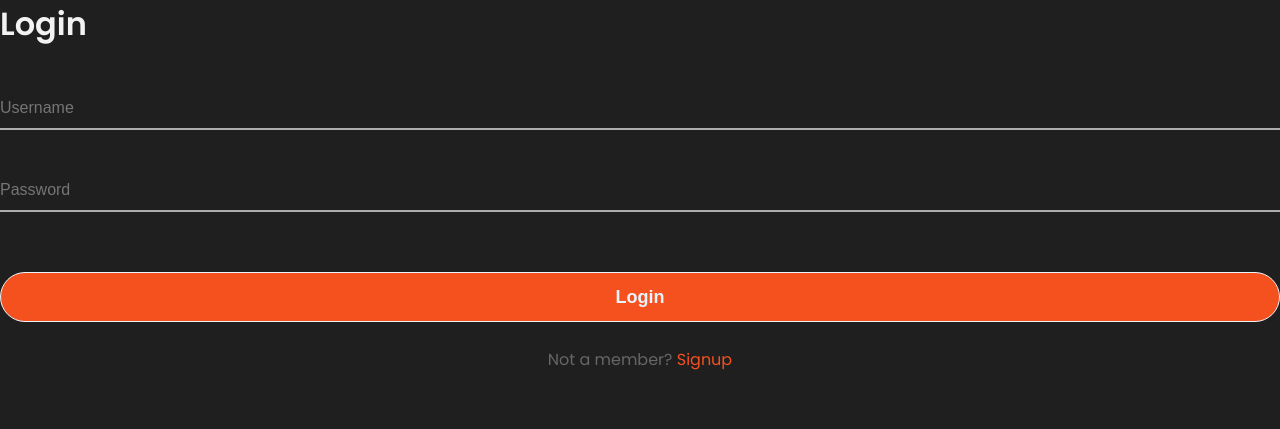
Repository: long5122000/Shopc
Page: login.html
The author's editor kept a copy of each file at every save. The page is drawn from the files as they stood at one save, then again after the next save.
The browser window is 1280 px wide. The pictures show the whole page.
The style sheet was rebuilt from its Sass, Less or Tailwind sources for each picture, by a compiler version that may differ from the author's.

Above is the page before, as saved 2021-11-30 21:21:13.

### login.html
<!DOCTYPE html>
<html lang="en">
  <head>
    <meta charset="UTF-8" />
    <meta http-equiv="X-UA-Compatible" content="IE=edge" />
    <meta name="viewport" content="width=device-width, initial-scale=1.0" />
    <title>Document</title>
    <link rel="stylesheet" href="./css/app.css" />
  </head>
  <body>
    <div class="container-rs">
      <h1 class="register__title">Login</h1>
      <form>
        <div class="form-control">
          <input
            class="register__form"
            type="text"
            id="username"
            placeholder="Username"
          />
          <span></span>
          <small></small>
        </div>

        <div class="form-control">
          <input type="password" id="password" placeholder="Password" />
          <span></span>
          <small></small>
        </div>

        <input type="submit" value="Login" />
        <div class="signup_link">
          Not a member? <a href="./register.html">Signup</a>
        </div>
      </form>
    </div>
  </body>
</html>

### sass/app.scss
@import "variables";
@import "reset";
@import "mixin";
@import "base";
@import "header";
@import "cart";
@import "search";
@import "info";
@import "home";
@import "category";
@import "about";
@import "hot";
@import "discount";
@import "new";
@import "newsletter";
@import "footer";
@import "modal";
@import "scroll";
@import "register";
@import "breakpoints";

### sass/_variables.scss
@import url("https://fonts.googleapis.com/css2?family=Poppins:wght@400;500;600;900&display=swap");
:root {
  --header-height: 3.5rem;
  /* Colors */
  --hue: 14;
  --first-color: hsl(var(--hue), 91%, 54%);
  --menu-color: hsl(31, 76%, 74%);
  --button-color: hsl(0, 0%, 24%);
  --button-color-alt: hsl(0, 0%, 28%);
  --title-color: hsl(0, 0%, 95%);
  --text-color: hsl(0, 0%, 75%);
  --body-color: hsl(0, 0%, 12%);
  --container-color: hsl(0, 0%, 16%);
  --border-color: hsl(0, 0%, 20%);
  --border-color: hsl(0, 0%, 94%);
  --dark1: #3e363f;
  --dark2: #212527;
  --light1: #fffce8;
  --light2: #edf7f6;
  --red: #df4747;
  --green: #47df5b;
  --transition250: all 250ms ease-in-out;
  --transition500: all 500ms ease-in-out;
  /* Font and typography */
  --body-font: "Poppins", sans-serif;
  --biggest-font-size: 2rem;
  --h1-font-size: 1.5rem;
  --h2-font-size: 1.25rem;
  --h3-font-size: 1rem;
  --normal-font-size: 0.938rem;
  --small-font-size: 0.813rem;
  /* font weight */
  --font-medium: 500;
  --font-semi-bold: 600;
  --font-black: 900;
  /* margenes bottom */
  --mb-0-25: 0.25rem;
  --mb-0-5: 0.5rem;
  --mb-0-75: 0.75rem;
  --mb-1: 1rem;
  --mb-1-5: 1.5rem;
  --mb-2: 2rem;
  --mb-2-5: 2.5rem;
  /* z-index */
  --z-tooltip: 10;
  --z-fixed: 100;

  @media screen and (min-width: 992px) {
    --biggest-font-size: 4rem;
    --h1-font-size: 2.25rem;
    --h2-font-size: 1.5rem;
    --h3-font-size: 1.25rem;
    --normal-font-size: 1rem;
    --small-font-size: 0.875rem;
    --smaller-font-size: 0.813rem;
  }
}

/*=============== GOOGLE FONTS ===============*/

### sass/_reset.scss
html {
  box-sizing: border-box;
}
* {
  margin: 0;
  padding: 0;
}
*,
*:before,
*:after {
  box-sizing: border-box;
}
input,
textarea,
select,
button {
  outline: none;
  border: none;
}
input {
  line-height: normal;
}
label,
button {
  cursor: pointer;
}
a {
  text-decoration: none;
}
img {
  display: block;
  max-width: 100%;
}

### sass/_mixin.scss
@mixin flex(
  $align: flex-start,
  $justify: flex-start,
  $wrap: nowrap,
  $dir: row
) {
  display: flex;
  justify-content: $justify;
  align-items: $align;
  flex-wrap: $wrap;
  flex-direction: $dir;
}
@mixin maxw($breakpoint) {
  @media screen and (max-width: $breakpoint) {
    @content;
  }
}
@mixin minw($breakpoint) {
  @media screen and (min-width: $breakpoint) {
    @content;
  }
}
@mixin center {
  display: flex;
  justify-content: center;
  align-items: center;
}

### sass/_base.scss
* {
  box-sizing: border-box;
  padding: 0;
  margin: 0;
}
html {
  scroll-behavior: smooth;
}
body {
  margin: var(--header-height) 0 0 0;
  font-family: var(--body-font);
  font-size: var(--normal-font-size);
  background: var(--body-color);
  color: var(--text-color);
}
h1,
h2,
h3,
h4 {
  color: var(--title-color);
  font-weight: var(--font-semi-bold);
}
ul {
  list-style: none;
}
.section {
  padding: 4.5rem 0 2rem;
}
.section__title {
  font-size: var(--h2-font-size);
  margin-bottom: var(--mb2);
  text-align: center;
}
.container {
  max-width: 1240px;
  margin-left: var(--mb-1-5);
  margin-right: var(--mb-1-5);
}
.grid {
  display: grid;
}
.main {
  overflow: hidden;
}
::-webkit-scrollbar {
  width: 0.6rem;
  background: #413e3e;
}
::-webkit-scrollbar-thumb {
  background: #272525;
  border-radius: 0.5rem;
}
.button {
  display: inline-block;
  background-color: var(--first-color);
  color: var(--title-color);
  padding: 1rem 1.75rem;
  border-radius: 0.5rem;
  font-weight: var(--font-medium);
  transition: 0.3s;
  &:hover {
    background-color: var(--first-color-alt);
  }
  &--ghost {
    border: 2px solid;
    background-color: transparent;
    border-radius: 3rem;
    padding: 0.75rem 1.5rem;
    &:hover {
      background: none;
    }
  }
  &__icon {
    font-size: 1.25rem;
  }
  &--link {
    color: var(--title-color);
  }
  &--flex {
    display: inline-flex;
    align-items: center;
    column-gap: 0.5rem;
  }
}

### sass/_header.scss
.header {
  width: 100%;
  background: var(--body-color);
  position: fixed;
  top: 0;
  left: 0;
  z-index: var(--z-fixed);
}
.nav {
  height: var(--header-height);
  @include flex(center, space-between);
  &__logo {
    @include flex(center);
    column-gap: 0.5rem;
    font-weight: var(--font-medium);
    &-img {
      width: 1.25rem;
    }
  }
  &__link,
  &__logo,
  &__toggle,
  &__close {
    color: var(--title-color);
  }
  &__toggle {
    font-size: 1.25rem;
    cursor: pointer;
  }
  @include maxw(767px) {
    &__menu {
      position: fixed;
      width: 100%;
      background: var(--container-color);
      top: -150%;
      left: 0;
      padding: 3.5rem 0;
      transition: 0.4s;
      z-index: var(--z-fixed);
      border-radius: 0 0 1.5rem 1.5rem;
    }
  }
  &__img {
    width: 100px;
    position: absolute;
    top: 0;
    left: 0;
  }
  &__close {
    font-size: 1.8rem;
    position: absolute;
    top: 0.5rem;
    right: 0.7rem;
    cursor: pointer;
  }
  &__list {
    @include flex(center, flex-start, nowrap, column);
    row-gap: 1.5rem;
  }
  &__link {
    text-transform: uppercase;
    font-weight: var(--font-black);
    transition: 0.4;
    &:hover {
      color: var(--text-color);
    }
  }
  &__btns {
    display: flex;
    font-size: var(--h2-font-size);
    gap: 0 20px;
  }
  &__shop {
    font-size: 1.25rem;
    cursor: pointer;
  }
}

.show-menu {
  top: 0;
}

.active {
  &-link {
    position: relative;
    &::before {
      content: "";
      position: absolute;
      bottom: -0.75rem;
      left: 45%;
      width: 5px;
      height: 5px;
      background-color: var(--title-color);
      border-radius: 50%;
    }
  }
}

### sass/_cart.scss
/*=============== CART ===============*/
.cart {
  position: fixed;
  background-color: rgb(59, 59, 59);
  z-index: var(--z-fixed);
  width: 100%;
  height: 100%;
  top: 0;
  right: -100%;
  padding: 3.5rem 2rem;
  transition: 0.4s;
  overflow-y: scroll;

  &__title-center {
    font-size: var(--h2-font-size);
    text-align: center;
    margin-bottom: var(--mb-3);
  }

  &__close {
    font-size: 2rem;
    color: var(--title-color);
    position: absolute;
    top: 1.25rem;
    right: 0.9rem;
    cursor: pointer;
  }

  &__container {
    display: grid;
    row-gap: 1.5rem;
  }

  &__card {
    display: flex;
    align-items: center;
    column-gap: 1rem;
  }
  &__box {
    background-color: var(--container-color);
    padding: 0.75rem 1.25rem;
    border: 1px solid #5c5c5c;
  }
  &__img {
    width: 50px;
  }
  &__title {
    font-size: var(--normal-font-size);
    margin-bottom: 0.5rem;
  }
  &__price {
    display: block;
    font-size: var(--small-font-size);
    color: var(--menu-color);
    margin-bottom: var(--mb-1-5);
  }
  &__amount,
  &__amount-content {
    display: flex;
    align-items: center;
  }
  &__amount {
    column-gap: 3rem;

    &-content {
      column-gap: 1rem;
    }
    &-box {
      display: inline-flex;
      padding: 0.25rem;
      background-color: var(--container-color);
      border: 1px solid var(--border-color);
      cursor: pointer;
    }
    &-trash {
      font-size: 1.15rem;
      color: var(--menu-color);
      cursor: pointer;
    }
  }
  &__prices {
    margin-top: 6rem;
    display: flex;
    justify-content: space-between;

    &-item,
    &-total {
      color: var(--title-color);
    }
    &-item {
      font-size: var(--small-font-size);
    }
    &-total {
      font-size: var(--h3-font-size);
      font-weight: var(--font-medium);
    }
  }
  &::-webkit-scrollbar {
    display: none;
  }
}

/* Show cart */
.show-cart {
  right: 0;
}

### sass/_search.scss
.search-box {
  width: 1px;
  height: 30px;
  background-color: rgb(88, 88, 88);
  position: relative;

  transition: all 0.5s ease;
  border-radius: 15px;
}

.search-box.open {
  width: 220px;
}

.search-input {
  width: 100%;
  height: 100%;
  border: none;
  box-shadow: none;
  background: transparent;
  color: #fff;
  padding: 20px 20px;
  font-size: 20px;
}

.search-btn {
  color: rgba(191, 191, 191);
  outline: none;
  border: none;

  position: absolute;
  right: -0;
  top: 0;
  cursor: pointer;
  font-size: 25px;
  background-color: transparent;
}

### sass/_info.scss
.info {
  position: fixed;
  background-color: rgb(59, 59, 59);
  z-index: var(--z-fixed);
  width: 100%;
  height: 100%;
  top: 0;
  right: -100%;
  padding: 5.5rem 1rem;
  transition: 0.4s;
  overflow-y: scroll;
  &__close {
    font-size: 2rem;
    color: var(--title-color);
    position: absolute;
    top: 1.25rem;
    right: 0.9rem;
    cursor: pointer;
  }
}
.show-info {
  right: 0;
}

### sass/_home.scss
.home {
  &__content {
    row-gap: 1rem;
  }
  &__group {
    display: grid;
    position: relative;
    padding-top: 2rem;
  }
  &__image {
    height: 250px;
    justify-self: center;
  }
  &__indicator {
    width: 8px;
    height: 8px;
    background-color: var(--title-color);
    border-radius: 50%;
    position: absolute;
    top: 7rem;
    right: 2rem;
    &::after {
      content: "";
      position: absolute;
      width: 1px;
      height: 48px;
      background-color: var(--title-color);
      top: -3rem;
      right: 45%;
    }
  }
  &__details {
    &-img {
      position: absolute;
      right: 0.5rem;
    }
    &-title,
    &-subtitle {
      display: block;
      font-size: var(--small-font-size);
      text-align: right;
    }
  }
  &__subtitle {
    font-size: var(--h3-font-size);
    text-transform: uppercase;
    margin-bottom: var(--mb-1);
  }
  &__title {
    font-size: var(--biggest-font-size);
    font-weight: var(--font-black);
    line-height: 109%;
    margin-bottom: var(--mb-1);
  }
  &__description {
    margin-bottom: var(--mb-1);
  }
  &__buttons {
    @include flex(center, space-between);
  }
}

.swiper {
  &-pagination {
    position: initial;
    margin-top: var(--mb-1);
    &-bullet {
      width: 5px;
      height: 5px;
      background-color: var(--title-color);
      opacity: 1;
    }
  }
}
.swiper-pagination-horizontal.swiper-pagination-bullets .swiper-pagination-bullet {
  margin: 0 0.5rem;
}
.swiper-pagination-bullet-active {
  width: 1.5rem;
  height: 5px;
  border-radius: 0.5rem;
}

### sass/_category.scss
.category {
  &__container {
    grid-template-columns: repeat(2, 1fr);
    gap: 1rem 2rem;
  }
  &__data {
    text-align: center;
  }
  &__image {
    width: 120px;
    margin: 0 auto;
    transition: 0.3s;
  }
  &__title {
    margin-bottom: var(--mb-0-25);
  }
  &__data:hover {
    .category {
      &__image {
        transform: translateY(-0.5rem);
      }
    }
  }
}
.scroll {
  &-header {
    background: var(--container-color);
  }
}

### sass/_about.scss
.about {
  &__container {
    row-gap: 2rem;
  }
  &__data {
    text-align: center;
  }
  &__description {
    margin-bottom: var(--mb-2);
  }
  &__image {
    width: 200px;
    justify-self: center;
  }
}

### sass/_hot.scss
.hot {
  &__container {
    grid-template-columns: repeat(2, 1fr);
    gap: 1.5rem;
    padding: 1rem;
  }
  &__content {
    position: relative;
    background: var(--container-color);
    border-radius: 1rem;
    padding: 1.5rem 0 1rem 0;
    text-align: center;
    overflow: hidden;

    &:hover .hot__image {
      transform: translateY(-0.5rem);
    }
    &:hover .hot__button {
      right: 0;
    }
  }
  &__image {
    width: 90px;
    transition: 0.3s;
    margin: 0 auto;
  }
  &__subtitle,
  &__price {
    display: block;
  }
  &__subtitle {
    font-size: var(--smaller-font-size);
    margin-bottom: var(--mb-0-5);
  }
  &__title,
  &__price {
    color: var(--title-color);
    font-weight: var(--font-medium);
    font-size: var(--normal-font-size);
  }
  &__button {
    display: flex;
    flex-direction: column;
    gap: 5px 0;
    padding: 0.5rem;
    border-radius: 0.25rem 0.25rem 0.75rem 0.25rem;
    position: absolute;
    right: -3rem;
    bottom: 0;
  }
  &__icon {
    font-size: 1.25rem;
    color: var(--title-color);
    &--bt {
      border-bottom: 1px solid gray;
      padding-bottom: 4px;
    }
    &:hover {
      color: var(--first-color);
    }
  }
}

### sass/_discount.scss
.discount {
  &__container {
    background: var(--container-color);
    border-radius: 1rem;
    padding: 2.5rem 0 1.5rem;
    row-gap: 0.75rem;
  }
  &__data {
    text-align: center;
  }
  &__title {
    font-size: var(--h2-font-size);
    margin-bottom: var(--mb-2);
  }
  &__image {
    width: 200px;
    justify-self: center;
  }
}

### sass/_new.scss
.new {
  &__container {
    padding-top: 1rem;
  }
  &__image {
    width: 120px;
    height: 120px;
    transition: 0.3s;
    margin: 0 auto;
    margin-bottom: var(--mb-0-5);
  }
  &__content {
    position: relative;
    background: var(--container-color);
    width: 242px;
    padding: 2rem 0 1.5rem 0;
    border-radius: 0.75rem;
    text-align: center;
    overflow: hidden;

    &:hover .new__image {
      transform: translateY(-0.5rem);
    }
    &:hover .new__button {
      right: 0;
    }
  }
  &__tag {
    position: absolute;
    top: 8%;
    left: 8%;
    background-color: var(--first-color);
    color: var(--title-color);
    font-size: var(--small-font-size);
    padding: 0.25rem 0.5rem;
    border-radius: 0.25rem;
  }
  &__title {
    font-size: var(--normal-font-size);
    font-weight: var(--font-medium);
  }
  &__subtitle {
    display: block;
    font-size: (--small-font-size);
    margin-bottom: var(--mb-0-5);
  }
  &__prices {
    display: inline-flex;
    align-items: center;
    column-gap: 0.5rem;
  }
  &__price {
    font-weight: var(--font-medium);
    color: var(--title-color);
  }
  &__discount {
    color: var(--first-color);
    font-size: var(--small-font-size);
    text-decoration: line-through;
    font-weight: var(--font-medium);
  }
  &__button {
    display: flex;
    flex-direction: column;
    gap: 5px 0;
    padding: 0.5rem;
    border-radius: 0.25rem 0.25rem 0.75rem 0.25rem;
    position: absolute;
    bottom: 0;
    right: -3rem;
  }

  &__icon {
    font-size: 1.25rem;
    color: var(--title-color);
    &--bt {
      border-bottom: 1px solid gray;
      padding-bottom: 4px;
    }
    &:hover {
      color: var(--first-color);
    }
  }
}

### sass/_newsletter.scss
.newsletter {
  &__description {
    text-align: center;
    margin-bottom: var(--mb-1-5);
  }
  &__form {
    background: var(--container-color);
    padding: 1rem;
    @include flex(center, space-between);
    // display: flex;
    // justify-content: space-between;
    border-radius: 0.75rem;
  }
  &__input {
    width: 70%;
    padding: 0 0.5rem;
    background: none;
    color: var(--title-color);
    &::placeholder {
      color: var(--text-color);
    }
  }
}

### sass/_footer.scss
.footer {
  position: relative;
  overflow: hidden;
  &__image {
    &-one,
    &-two {
      position: absolute;
      transition: 0.3s;
      &:hover {
        transform: translateY(-0.5rem);
      }
    }
    &-one {
      width: 100px;
      top: 6rem;
      right: -2rem;
    }
    &-two {
      width: 150px;
      bottom: 4rem;
      right: 4rem;
    }
  }
  &__container {
    row-gap: 2rem;
  }
  &__logo {
    @include flex(center);
    column-gap: 0.5rem;
    margin-bottom: var(--mb-1);
    font-weight: var(--font-medium);
    color: var(--title-color);
    &-image {
      width: 20px;
    }
  }
  &__description {
    margin-bottom: var(--mb-2-5);
  }
  &__social {
    display: flex;
    column-gap: 0.75rem;
    &-link {
      display: inline-flex;
      background: var(--container-color);
      padding: 0.25rem;
      border-radius: 0.25rem;
      color: var(--title-color);
      font-size: 1rem;
      &:hover {
        background: var(--body-color);
      }
    }
  }
  &__title {
    font-size: var(--h3-font-size);
    margin-bottom: var(--mb-1);
  }
  &__links {
    display: grid;
    row-gap: 0.35rem;
  }
  &__link {
    font-size: var(--small-font-size);
    color: var(--text-color);
    transition: 0.3s;
    &:hover {
      color: var(--title-color);
    }
  }
  &__copy {
    display: block;
    text-align: center;
    font-size: var(--smaller-font-size);
    margin-top: 4.5rem;
  }
}

### sass/_modal.scss
.modal {
  position: fixed;
  top: 0;
  height: 100%;
  width: 100%;
  background: var(--container-color);
  transition: var(--transition250);
  opacity: 0;
  visibility: hidden;
  z-index: 100;
  border-radius: 8px;
  &__main {
    display: grid;
    grid-template-columns: 1fr;
    padding: 0 10px;
  }
  &__image {
    height: 100%;
    width: 100%;
    margin-top: var(--mb-2-5);
  }
  &__title {
    font-size: var(--h1-font-size);
    text-align: center;
    margin-top: var(--mb-2);
    margin-bottom: var(--mb-1-5);
  }
  &__desc {
    margin-bottom: var(--mb-1-5);
  }
  &__price {
    font-size: var(--h2-font-size);
    color: var(--first-color);
    margin-bottom: var(--mb-1-5);
  }
  &__button {
    text-align: center;
  }
  &__close {
    position: absolute;
    right: 5px;
    top: 5px;
    font-size: 2.5rem;
  }
}
.show-modal {
  opacity: 1;
  visibility: unset;
}

### sass/_scroll.scss
.scrollup {
  position: fixed;
  background: var(--first-color);
  right: 1rem;
  bottom: -20%;
  display: inline-flex;
  padding: 0.3rem;
  border-radius: 0.25rem;
  z-index: var(--z-tooltip);
  opacity: 0.8;
  transition: 0.4s;
  &:hover {
    background: var(--container-color);
    opacity: 1;
  }
  &__icon {
    font-size: 1.2rem;
    color: var(--title-color);
  }
}
.show-scroll {
  bottom: 3rem;
}

### sass/_register.scss
.container-ds {
  position: absolute;
  top: 50%;
  left: 50%;
  transform: translate(-50%, -50%);
  width: 400px;
  background: white;
  border-radius: 10px;
  box-shadow: 0px 0px 15px rgba(0, 0, 0, 0.05);
}

.container h1 {
  text-align: center;
  padding-top: 20px;
  color: var(--first-color);
}

.container form {
  padding: 0 40px;
}

form .form-control {
  position: relative;
  border-bottom: 2px solid #adadad;
  margin: 40px 0;
}

.form-control.success {
  border-bottom-color: var(--first-color);
}

.form-control.error {
  border-bottom-color: #e74c3c;
}

.form-control input {
  width: 100%;
  height: 40px;
  font-size: 16px;
  border: none;
  background: none;
  outline: none;
}

small {
  position: absolute;
  left: 0;
  top: 100%;
  margin-top: 3px;
  color: #e74c3c;
}

.form-control span::before {
  content: "";
  position: absolute;
  top: 40px;
  left: 0;
  width: 0%;
  height: 2px;
  background: var(--first-color);
  transition: 0.3s;
}

.form-control input:focus ~ span::before {
  width: 100%;
}

input[type="submit"] {
  margin-top: 20px;
  width: 100%;
  height: 50px;
  border: 1px solid;
  background: var(--first-color);
  border-radius: 25px;
  font-size: 18px;
  color: #e9f4fb;
  font-weight: 700;
  cursor: pointer;
  outline: none;
  transition: 0.5s;
}

input[type="submit"]:hover {
  background-color: #fc7b6d;
}

.signup_link {
  margin: 25px 0;
  text-align: center;
  font-size: 16px;
  color: #666666;
}

.signup_link a {
  color: var(--first-color);
  text-decoration: none;
}

.signup_link a:hover {
  text-decoration: underline;
}

### sass/_breakpoints.scss
@include maxw(320px) {
  .container {
    margin-left: var(--mb-1);
    margin-right: var(--mb-1);
  }
  .home {
    &__image {
      height: 200px;
    }
    &__buttons {
      flex-direction: column;
      width: max-content;
      row-gap: 1rem;
    }
  }
  .category,
  .hot {
    &__container {
      grid-template-columns: 0.8fr;
      justify-content: center;
    }
  }
  .modal {
    &__title {
      margin-top: unset;
      margin-bottom: unset;
    }
    &__price {
      margin-bottom: var(--mb-1);
    }
  }
}

@include minw(576px) {
  .about {
    &__container {
      grid-template-columns: 0.8fr;
      justify-content: center;
    }
  }
  .newsletter {
    &__container {
      display: grid;
      grid-template-columns: 0.7fr;
      justify-content: center;
    }
    &__description {
      padding: 0 3rem;
    }
  }
}

@include minw(767px) {
  body {
    margin: 0;
  }
  .section {
    padding: 7rem 0 2rem;
  }
  .nav {
    height: calc(var(--header-height) + 1.5rem);
    &__img,
    &__close,
    &__toggle {
      display: none;
    }
    &__list {
      flex-direction: row;
      column-gap: 3rem;
    }
    &__link {
      text-transform: initial;
      font-weight: initial;
    }
  }
  .info,
  .cart {
    width: 420px;
    box-shadow: -2px 0 4px hsla(0, 0%, 15%, 0.1);
  }

  .home {
    &__content {
      padding: 8rem 0 2rem;
      grid-template-columns: repeat(2, 1fr);
      gap: 4rem;
    }
    &__image {
      height: 300px;
    }
  }
  .swiper {
    &-pagination {
      margin-top: var(--mb-2);
    }
  }
  .category {
    &__container {
      grid-template-columns: repeat(3, 200px);
      justify-content: center;
    }
    &__image {
      height: 200px;
    }
  }

  .about {
    &__container {
      grid-template-columns: repeat(2, 1fr);
      align-items: center;
    }
    &__title,
    &__data {
      text-align: initial;
    }
    &__image {
      width: 350px;
    }
  }
  .hot {
    &__container {
      grid-template-columns: repeat(3, 1fr);
      justify-content: center;
      gap: 2rem;
    }
  }
  .discount {
    &__container {
      grid-template-columns: repeat(2, max-content);
      justify-content: center;
      align-items: center;
      column-gap: 3rem;
      padding: 3rem 0;
      border-radius: 3rem;
    }
    &__image {
      width: 350px;
      order: -1;
    }
    &__data {
      padding-right: 6rem;
    }
  }
  .newsletter {
    &__container {
      grid-template-columns: 0.5fr;
    }
  }
  .new {
    &__image {
      height: 150px;
      width: 150px;
    }
  }
  .footer {
    &__container {
      grid-template-columns: repeat(4, 1fr);
      justify-content: center;
      column-gap: 1rem;
    }
    &__image {
      &-two {
        right: initial;
        bottom: 0;
        left: 15%;
      }
    }
  }
  .modal {
    width: 100%;
    height: 100%;

    &__main {
      position: absolute;
      top: 50%;
      transform: translateY(-50%);
    }
    &__image {
      padding: 0 50px;
      img {
        height: 300px;
        transform: translateX(25%);
      }
    }
  }
}

@include minw(992px) {
  .container {
    margin-left: auto;
    margin-right: auto;
  }
  .section {
    &__title {
      font-size: var(--h1-font-size);
      margin-bottom: 3rem;
    }
  }
  .home {
    &__content {
      padding-top: 9rem;
      gap: 3rem;
    }
    &__group {
      padding-top: 0;
    }
    &__image {
      height: 400px;
      transform: translateY(-3rem);
    }
    &__indicator {
      top: initial;
      right: initial;
      bottom: 15%;
      left: 45%;
      &::after {
        top: 0;
        height: 75px;
      }
    }
    &__details {
      &-img {
        bottom: 0;
        right: 58%;
      }
    }
    &__title {
      margin-bottom: var(--mb-1-5);
    }
    &__description {
      margin-bottom: var(--mb-2-5);
      padding-right: 2rem;
    }
  }
  .category {
    &__container {
      column-gap: 8rem;
    }
    &__image {
      width: 200px;
      margin-bottom: 20px;
    }
  }

  .about {
    &__container {
      column-gap: 7rem;
    }
    &__image {
      width: 450px;
    }
    &__description {
      padding-right: 2rem;
    }
  }
  .hot {
    &__container {
      gap: 3.5rem;
    }
    &__content {
      border-radius: 1.5rem;
    }
    &__image {
      width: 110px;
    }
    &__title {
      font-size: var(--h3-font-size);
    }
  }
  .discount {
    &__container {
      column-gap: 7rem;
    }
  }
  .new {
    &__content {
      width: 310px;
      border-radius: 1rem;
      padding: 2rem 0;
    }
    &__image {
      width: 150px;
      height: 150px;
    }
    &__image,
    &__subtitle {
      margin-bottom: var(--mb-1);
    }
    &__title {
      font-size: var(--h3-font-size);
    }
  }
  .footer {
    &__copy {
      margin-top: 6rem;
    }
  }
  .modal {
    &__main {
      grid-template-columns: 1fr 1fr;
    }
    &__image {
      padding: 0 50px;
      img {
        height: 300px;
        transform: unset;
      }
    }
  }
}
@include minw(1200px) {
  .home {
    &__image {
      height: 420px;
    }
  }
  .swiper {
    &-pagination {
      margin-top: var(--mb-2-5);
    }
  }
  .new {
    &__image {
      width: 150px;
      height: 150px;
    }
  }
  .footer {
    &__image {
      &-one {
        width: 120px;
      }
      &-two {
        width: 180px;
        top: 30%;
        left: -3%;
      }
    }
  }
  .modal {
    &__main {
      grid-template-columns: 1fr 1fr;
      left: 50%;
      top: 50%;
      transform: translate(-50%, -50%);
    }
    &__image {
      padding: 0 50px;
      img {
        height: 300px;
        transform: unset;
      }
    }
  }
}

After the next save:
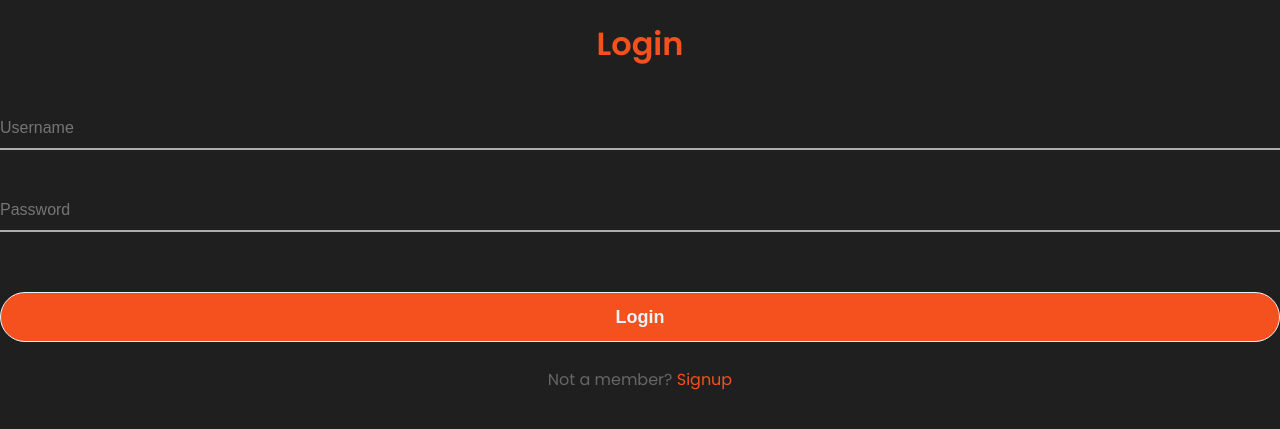
Saved 2 min 27 s later.
--- a/sass/_register.scss
+++ b/sass/_register.scss
@@ -1,25 +1,26 @@
-.container-ds {
-  position: absolute;
-  top: 50%;
-  left: 50%;
-  transform: translate(-50%, -50%);
-  width: 400px;
-  background: white;
-  border-radius: 10px;
-  box-shadow: 0px 0px 15px rgba(0, 0, 0, 0.05);
+.register {
+  &__container {
+    position: absolute;
+    top: 50%;
+    left: 50%;
+    transform: translate(-50%, -50%);
+    width: 400px;
+    background: white;
+    border-radius: 10px;
+    box-shadow: 0px 0px 15px rgba(0, 0, 0, 0.05);
+  }
+
+  &__title {
+    text-align: center;
+    padding-top: 20px;
+    color: var(--first-color);
+  }
+  form {
+    padding: 0 40px;
+  }
 }
 
-.container h1 {
-  text-align: center;
-  padding-top: 20px;
-  color: var(--first-color);
-}
-
-.container form {
-  padding: 0 40px;
-}
-
-form .form-control {
+.form-control {
   position: relative;
   border-bottom: 2px solid #adadad;
   margin: 40px 0;
